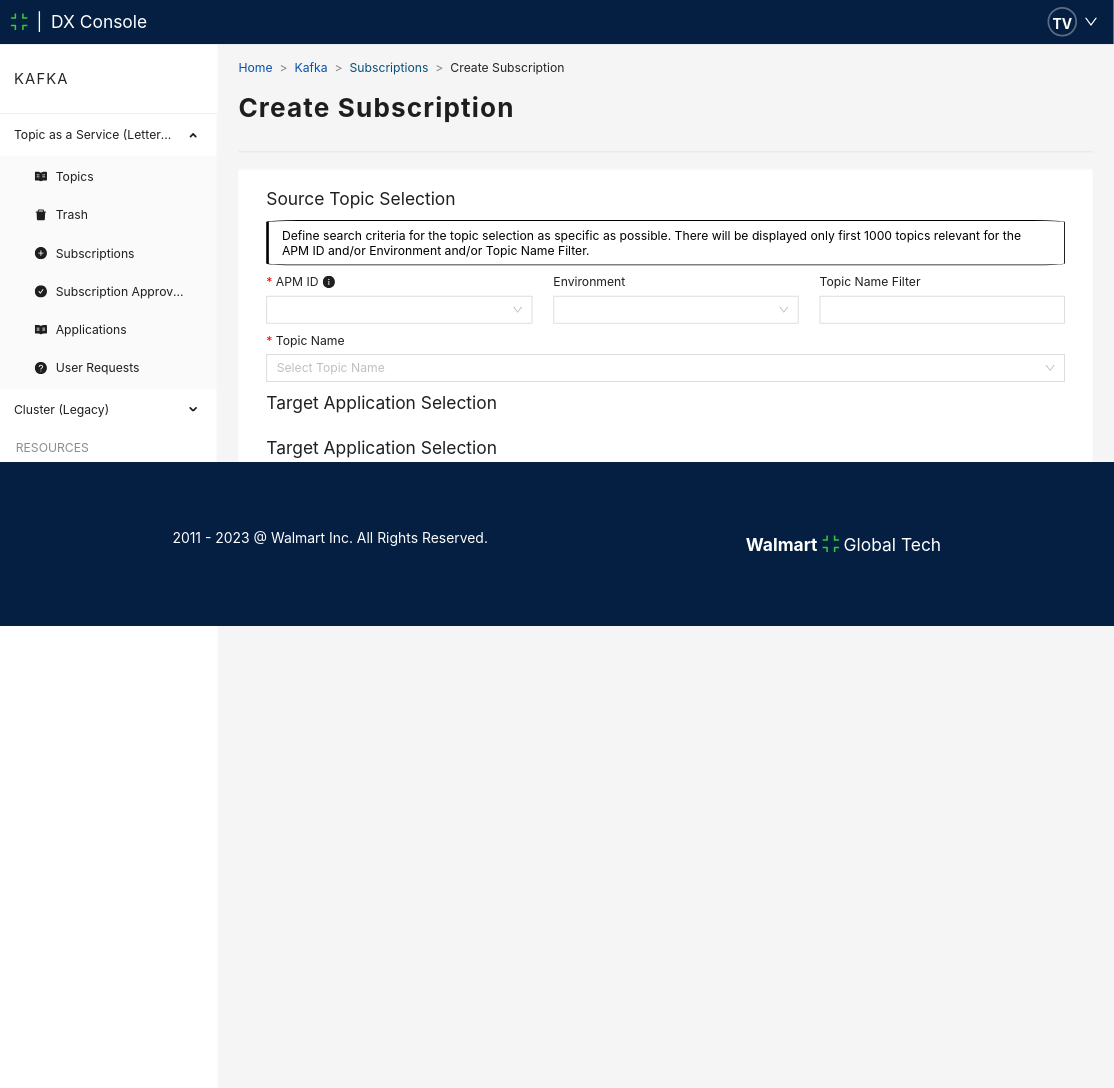
Repository: Qianying-Chai/kafka
Page: /kafka/subscriptions_active_tab=nonProxy/create-non-proxy
An editor plug-in stored every save of this project. The page is shown before and after the next save, followed by the edit.
The browser window is 1280 px wide. The pictures show the whole page, at 87% of full size.
The project was rebuilt for these pictures with package versions that can differ from the ones it lists, and the page was loaded fresh each time. Also part of the build but not shown: src/pages/Components/ComponentsTable.jsx, src/pages/Components/ComponentsInput.jsx, src/pages/Components/ComponentsPagination.jsx, src/pages/Taas/Topics/Topics.jsx, src/pages/Taas/Topics/CreateTopics/Form/DetailsForm.jsx, src/pages/Taas/Topics/CreateTopics/CreateTopic.jsx, src/pages/Taas/Trash/Style/Trash.css, src/pages/Taas/Trash/Trash.jsx and 15 more.

Above is the page before, as saved 2024-01-15 21:50:12.

### src/redux/store.jsx
import { configureStore } from "@reduxjs/toolkit";
import reducer from "./reducer";
const store = configureStore({ reducer: reducer });
export default store;

### src/pages/common/Header.jsx
import React from "react";
import "./Style/Header.css";
import { CompressOutlined, UpOutlined, DownOutlined } from "@ant-design/icons";
import { Layout } from "antd";
import { useState } from "react";
const Header = () => {
  const [login, setLogin] = useState(true);

  return (
    <Layout>
      <Layout.Header className="header">
        <div className="header-content-left">
          <CompressOutlined className="header-left-icon" />
          <span className="header-left-divider">|</span>
          <span className="header-left-dx-console">DX Console </span>
        </div>
        <div className="header-content-right">
          <div className="user">
            <div className="user-icon">TV</div>
            {login ? (
              <DownOutlined
                className="login-button"
                onClick={() => {
                  setLogin((state) => !state);
                }}
              />
            ) : (
              <UpOutlined
                className="logout-button"
                onClick={() => {
                  setLogin((state) => !state);
                }}
              />
            )}
          </div>
          <div
            className="logout-pop-up"
            style={{
              display: login ? "none" : "block",
            }}
          >
            LOGOUT
          </div>
        </div>
      </Layout.Header>
    </Layout>
  );
};
export default Header;

### src/pages/common/categoryConstants.jsx
const categoryConstants = {
  TOPICS: "Topics",
  TRASH: "Trash",
  SUBSCRIPTIONS: "Subscriptions",
  SUBSCRIPTIONS_APPROVALS: "Subscription Approvals",
  APPLICATIONS: "Applications",
  USER_REQUESTS: "User Requests",
  CLUSTERS: "Clusters",
  MIGRATED_CLUSTERS: "Migrated Clusters",
  SUBSCRIPTION: "Subscription",
  USERE_REQUESTS_LEGACY: "User Requests (Legacy)",
  SUPPORT: "Support",
  CREATE_TOPIC: "Create Topic",
  CREATE_SUBSCRIPTION: "Create Subscription",
};

export default categoryConstants;

### src/pages/Taas/Subscriptions/SubscriptionsNonProxy/CreateSubscriptions/CreateSubscriptionsNonProxy.jsx
import React from "react";
import ComponentsBreadcrumb from "../../../../Components/ComponentsBreadcrumb";
import ComponentsContent from "../../../../Components/ComponentsContent";
import ComponentsDivider from "../../../../Components/ComponentsDivider";
import ComponentsTitle from "../../../../Components/ComponentsTitle";
import categoryConstants from "../../../../common/categoryConstants";
import SourceTopicForm from "./Form/SourceTopicForm";
import TargetApplicationSelectionForm from "./Form/TargetApplicationSelectionForm";
import "../../Style/CreateSubscriptionNonproxy.css";
import { Typography, Button, ConfigProvider } from "antd";
const { Title } = Typography;

const CreateSubscriptionsNonProxy = () => {
  return (
    <ConfigProvider
      theme={{
        token: {
          borderRadius: 0,
        },
      }}
    >
      <div>
        <ComponentsBreadcrumb
          items={[
            {
              title: "Home",
            },
            {
              title: "Kafka",
            },
            {
              title: categoryConstants.SUBSCRIPTIONS,
              href: `/kafka/${categoryConstants.SUBSCRIPTIONS.toLowerCase()}_active_tab=nonProxy`,
            },
            {
              title: categoryConstants.CREATE_SUBSCRIPTION,
            },
          ]}
        />
        <div className="content-banner">
          <ComponentsTitle title={categoryConstants.CREATE_SUBSCRIPTION} />
        </div>
      </div>
      <ComponentsContent>
        <SourceTopicForm />
        <Title level={4} style={{ fontWeight: "normal" }}>
          Target Application Selection
        </Title>
        <TargetApplicationSelectionForm />
        <ComponentsDivider />
        <div className="buttons-wrapper">
          <Button shape="round" size={"medium"} className="cancel-button">
            CANCEL
          </Button>
          <Button
            shape="round"
            size={"medium"}
            disabled
            className="submit-button"
          >
            SUBMIT
          </Button>
        </div>
      </ComponentsContent>
    </ConfigProvider>
  );
};
export default CreateSubscriptionsNonProxy;

### src/pages/common/Footer.jsx
import React from "react";
import { Layout } from "antd";
import { CompressOutlined } from "@ant-design/icons";
import "./Style/Footer.css";

const Footer = () => {
  return (
    <Layout.Footer className="footer">
      <div className="footer-text-left">
        2011 - 2023 @ Walmart Inc. All Rights Reserved.
      </div>
      <div className="footer-text-right">
        <span className="footer-text-right-walmart">Walmart</span>
        <CompressOutlined className="footer-icon" />
        <span className="footer-text-right-global-tech">Global Tech</span>
      </div>
    </Layout.Footer>
  );
};

export default Footer;

### src/redux/reducer.jsx
import { SET_PATH_NAME, SET_SELECTED_TAAS_SUBSCRIPTIONS } from "./constants";
const initialState = {
  pathName: "",
  selectedTaasSubscriptions: "nonProxy",
};
const reducer = (state = initialState, action) => {
  const { type, payload } = action;
  switch (type) {
    case SET_PATH_NAME:
      return { ...state, pathName: payload };
    case SET_SELECTED_TAAS_SUBSCRIPTIONS:
      return { ...state, selectedTaasSubscriptions: payload };
    default:
      return state;
  }
};

export default reducer;

### src/pages/common/Style/Header.css
.header {
  justify-content: space-between;
  padding: 0 12px;
  background-color: rgb(4, 31, 65);
  height: 51px;
  line-height: 51px;
  color: #ffffff;
}

.header,
.user {
  display: flex;
}

.header-content-left {
  font-size: 20px;
}

.header-left-icon {
  color: #32cd32;
}

.header-left-divider {
  margin: 0 10px;
}

.header-content-right {
  font-weight: bolder;
  flex-direction: column;
  font-size: 1rem;
  width: 76px;
  padding-left: 12px;
}

.user {
  margin: 8px 0px;
}
.user-icon {
  height: 34px;
  line-height: 34px;
  width: 34px;
  border-radius: 50%;
  text-align: center;
}
.user-icon,
.logout-pop-up {
  border: 2px solid rgba(225, 225, 225, 0.4);
}

.login-button,
.logout-button {
  padding-left: 8px;
}

.logout-pop-up {
  transition: all 10s ease-out;
  width: 100px;
  height: 60px;
  line-height: 60px;
  position: absolute;
  right: 0px;
  z-index: 999;
  font-size: 15px;
  letter-spacing: 1pt;
  text-align: center;
  justify-content: center;
  color: rgb(94, 91, 91);
  box-shadow: 0px 0px 4px 4px rgba(176, 174, 174, 0.4);
}

### src/pages/common/Style/Sider.css
.sider {
  min-height: 1200px;
}

.slider-top {
  height: 80px;
  border-bottom: 1px solid rgb(239, 239, 239);
}
.slider-top-content {
  height: 100%;
  display: flex;
  align-items: center;
  margin-left: 16px;
  letter-spacing: 1pt;
  font-size: 17px;
  color: #000000d9;
}

### src/pages/Components/ComponentsContent.jsx
import React from "react";
import "../common/Style/Content.css";
import { Layout, theme } from "antd";

const ComponentsContent = (props) => {
  const {
    token: { colorBgContainer },
  } = theme.useToken();

  return (
    <div>
      <Layout.Content
        style={{
          padding: "20px 32px 32px",
          minHeight: 280,
          background: colorBgContainer,
        }}
        {...props}
      ></Layout.Content>
    </div>
  );
};
export default ComponentsContent;

### src/pages/Components/ComponentsBreadcrumb.jsx
import React from "react";
import { Breadcrumb, ConfigProvider } from "antd";

const ComponentsBreadcrumb = (props) => {
  return (
    <ConfigProvider
      theme={{
        components: {
          Breadcrumb: {
            lastItemColor: "#000000D9",
            linkColor: "#075179",
            itemColor: "#0751A9",
            linkHoverColor: "#F5F5F5",
          },
          token: {
            colorBgTextHover: "#F5F5F5",
          },
        },
      }}
    >
      <div>
        <Breadcrumb
          style={{
            margin: "16px 0",
          }}
          separator=">"
          items={props.items}
        ></Breadcrumb>
      </div>
    </ConfigProvider>
  );
};
export default ComponentsBreadcrumb;

### src/pages/Components/ComponentsTitle.jsx
import React from "react";
import { Typography, ConfigProvider } from "antd";
const { Title } = Typography;

const ComponentsTitle = (props) => {
  return (
    <>
      <ConfigProvider
        theme={{
          components: {
            token: {
              colorText: "#041E42",
            },
          },
        }}
      >
        <Title level={2} style={{ fontWeight: "bold" }}>
          {props.title}
        </Title>
      </ConfigProvider>
    </>
  );
};

export default ComponentsTitle;

### src/pages/Components/ComponentsDivider.jsx
import React from "react";
import { Divider, ConfigProvider } from "antd";
const ComponentsDivider = () => (
  <ConfigProvider
    theme={{
      token: {
        colorSplit: "rgba(0, 0, 0, 0.85)",
        marginLG: 16,
      },
    }}
  >
    {" "}
    <Divider />
  </ConfigProvider>
);
export default ComponentsDivider;

### src/pages/Taas/Topics/Style/CreateTopic.css
.buttons-wrapper {
  display: flex;
  justify-content: flex-end;
}

.cancel-button,
.submit-button {
  letter-spacing: 1pt;
  padding: 4px 15px;
  width: 135px;
}
.cancel-button {
  margin-right: 10px;
}

### src/pages/Taas/Subscriptions/SubscriptionsNonProxy/CreateSubscriptions/Form/SourceTopicForm.jsx
import React, { useMemo, useState, useRef } from "react";
import SelectTitle from "../../../../../Components/SelectTitle";
import debounce from "lodash/debounce";
import { Col, Row, Select, Spin, Typography } from "antd";
const { Title } = Typography;
const SourceTopicForm = () => {
  function DebounceSelect({ fetchOptions, debounceTimeout = 800, ...props }) {
    const [fetching, setFetching] = useState(false);
    const [options, setOptions] = useState([]);
    const fetchRef = useRef(0);
    const debounceFetcher = useMemo(() => {
      const loadOptions = (value) => {
        fetchRef.current += 1;
        const fetchId = fetchRef.current;
        setOptions([]);
        setFetching(true);
        fetchOptions(value).then((newOptions) => {
          if (fetchId !== fetchRef.current) {
            // for fetch callback order
            return;
          }
          setOptions(newOptions);
          setFetching(false);
        });
      };
      return debounce(loadOptions, debounceTimeout);
    }, [fetchOptions, debounceTimeout]);
    return (
      <Select
        labelInValue
        filterOption={false}
        onSearch={debounceFetcher}
        notFoundContent={fetching ? <Spin size="small" /> : null}
        {...props}
        options={options}
      />
    );
  }

  const [value, setValue] = useState([]);

  async function fetchUserList(username) {
    console.log("fetching user", username);
    return fetch("https://randomuser.me/api/?results=5")
      .then((response) => response.json())
      .then((body) =>
        body.results.map((user) => ({
          label: `${user.name.first} ${user.name.last}`,
          value: user.login.username,
        }))
      );
  }
  const handleChange = (value) => {
    console.log(`selected ${value}`);
  };

  return (
    <>
      <Title level={4} style={{ fontWeight: "normal" }}>
        Source Topic Selection
      </Title>

      <div className="bordered-content">
        Define search criteria for the topic selection as specific as possible.
        There will be displayed only first 1000 topics relevant for the APM ID
        and/or Environment and/or Topic Name Filter.
      </div>
      <Row style={{ display: "flex", flexFlow: "nowrap" }}>
        <Col
          span={8}
          style={{
            marginRight: "12px",
          }}
        >
          <SelectTitle title={"APM ID"} />
          <DebounceSelect
            className="select"
            mode="multiple"
            value={value}
            fetchOptions={fetchUserList}
            onChange={(newValue) => {
              setValue(newValue);
            }}
            style={{
              width: "100%",
              margin: "0 0 10px",
            }}
          />
        </Col>
        <Col
          span={8}
          style={{
            padding: "0 12px",
          }}
        >
          <div className="Select-title-wrapper">Environment</div>
          <DebounceSelect
            className="select"
            mode="multiple"
            value={value}
            fetchOptions={fetchUserList}
            onChange={(newValue) => {
              setValue(newValue);
            }}
          />
        </Col>
        <Col
          span={8}
          style={{
            padding: "0 12px",
          }}
        >
          <div className="Select-title-wrapper">Topic Name Filter</div>
          <Select
            mode="tags"
            className="select"
            onChange={handleChange}
            showSearch={false}
            suffixIcon=""
          />
        </Col>
      </Row>
      <Row>
        <Col
          span={24}
          style={{
            marginRight: "12px",
          }}
        >
          <div className="Select-title-wrapper">
            <span className="prefix">*</span>Topic Name
          </div>
          <DebounceSelect
            mode="multiple"
            value={value}
            placeholder="Select Topic Name"
            fetchOptions={fetchUserList}
            onChange={(newValue) => {
              setValue(newValue);
            }}
            className="select"
          />
        </Col>
      </Row>
    </>
  );
};

export default SourceTopicForm;

### src/pages/Taas/Subscriptions/SubscriptionsNonProxy/CreateSubscriptions/Form/TargetApplicationSelectionForm.jsx
import React, { useMemo, useState, useRef } from "react";
import debounce from "lodash/debounce";
import { Col, Row, Select, Spin, Typography } from "antd";
import SelectTitle from "../../../../../Components/SelectTitle";
const { Title } = Typography;
const TargetApplicationSelectionForm = () => {
  function DebounceSelect({ fetchOptions, debounceTimeout = 800, ...props }) {
    const [fetching, setFetching] = useState(false);
    const [options, setOptions] = useState([]);
    const fetchRef = useRef(0);

    const debounceFetcher = useMemo(() => {
      const loadOptions = (value) => {
        fetchRef.current += 1;
        const fetchId = fetchRef.current;
        setOptions([]);
        setFetching(true);
        fetchOptions(value).then((newOptions) => {
          if (fetchId !== fetchRef.current) {
            return;
          }
          setOptions(newOptions);
          setFetching(false);
        });
      };
      return debounce(loadOptions, debounceTimeout);
    }, [fetchOptions, debounceTimeout]);
    return (
      <Select
        labelInValue
        filterOption={false}
        onSearch={debounceFetcher}
        notFoundContent={fetching ? <Spin size="small" /> : null}
        {...props}
        options={options}
      />
    );
  }

  const [value, setValue] = useState([]);

  async function fetchUserList(username) {
    console.log("fetching user", username);
    return fetch("https://randomuser.me/api/?results=5")
      .then((response) => response.json())
      .then((body) =>
        body.results.map((user) => ({
          label: `${user.name.first} ${user.name.last}`,
          value: user.login.username,
        }))
      );
  }
  const handleChange = (value) => {
    console.log(`selected ${value}`);
  };

  return (
    <>
      <Title level={4} style={{ fontWeight: "normal" }}>
        Target Application Selection
      </Title>
      <Row style={{ display: "flex", flexFlow: "nowrap" }}>
        <Col
          span={12}
          style={{
            marginRight: "12px",
          }}
        >
          <SelectTitle title={"APM ID"} />
          <DebounceSelect
            mode="multiple"
            value={value}
            fetchOptions={fetchUserList}
            onChange={(newValue) => {
              setValue(newValue);
            }}
            className="select"
          />
        </Col>
        <Col
          span={12}
          style={{
            padding: "0 12px",
          }}
        >
          <SelectTitle title={"Application Name / App Key"} />
          <Select
            mode="tags"
            className="select"
            placeholder="Select Application Name or create a new one by App Key"
            onChange={handleChange}
            showSearch={false}
            suffixIcon=""
          />
        </Col>
      </Row>
    </>
  );
};

export default TargetApplicationSelectionForm;

### src/pages/Taas/Subscriptions/Style/CreateSubscriptionNonproxy.css
.content-title {
  margin-bottom: 10px;
  font-size: 16px;
}

.bordered-content {
  border: 1px solid black;
  border-left: 3px solid black;
  padding: 8px 15px;
  margin: 10px 0px;
  border-radius: 4%;
  color: #000000;
}

### src/pages/common/Style/Footer.css
.footer {
  text-emphasis-style: center;
  background-color: #041f41;
  color: white;
  display: flex;
  justify-content: space-around;
  height: 189px;
  align-items: center;
  width: 100%;
  position: fixed;
  bottom: 0;
}

.footer-icon {
  font-size: 20px;
  color: #32cd32;
}

.footer-text-left {
  font-size: 16px;
  margin-bottom: 16px;
}

.footer-text-right {
  font-size: 20px;
}

.footer-text-right-walmart {
  font-weight: bold;
  padding-right: 5px;
}

.footer-text-right-global-tech {
  padding-left: 5px;
}

### src/redux/constants.jsx
const SET_PATH_NAME = "SET_PATH_NAME";
const SET_SELECTED_TAAS_SUBSCRIPTIONS = "SET_SELECTED_TAAS_SUBSCRIPTIONS";
export { SET_PATH_NAME };
export { SET_SELECTED_TAAS_SUBSCRIPTIONS };

### src/pages/common/Style/Content.css
.content-banner {
  height: 70px;
  display: flex;
  justify-content: space-between;
  background-color: #f5f5f5;
  color: #041e42;
  letter-spacing: 1pt;
  border-bottom: 1px solid rgba(167, 164, 164, 0.3);
  margin-bottom: 20px;
  padding-bottom: 15px;
}

.content-banner-button {
  background-color: #041f41;
  color: #ffffff;
  letter-spacing: 1pt;
}

.content-text {
  margin: 24px 0 20px;
}

### src/pages/Components/SelectTitle.jsx
import React from "react";
import "./Style/SelectTitle.css";
import { InfoCircleFilled } from "@ant-design/icons";
const SelectTitle = (props) => {
  return (
    <div className="Select-title-wrapper">
      <span className="prefix">*</span>
      <span className="Select-title">{props.title}</span>
      <InfoCircleFilled />
    </div>
  );
};

export default SelectTitle;

### src/pages/Taas/Topics/Style/DetailsForm.css
.select {
  margin: 0 0 10px;
  width: 100%;
}

### src/pages/Components/Style/SelectTitle.css
.prefix {
  color: red;
  margin-right: 4px;
}

.Select-title-wrapper {
  padding-bottom: 8px;
}

.Select-title {
  margin-right: 5px;
  color: rgba(0, 0, 0, 0.85);
}

Loaded but not shown: public/index.html (common file); src/style/index.css (common file); src/App.js (104 lines, source omitted); src/index.js (16 lines, source omitted); src/pages/common/Sider.jsx (186 lines, source omitted)

After the next save:
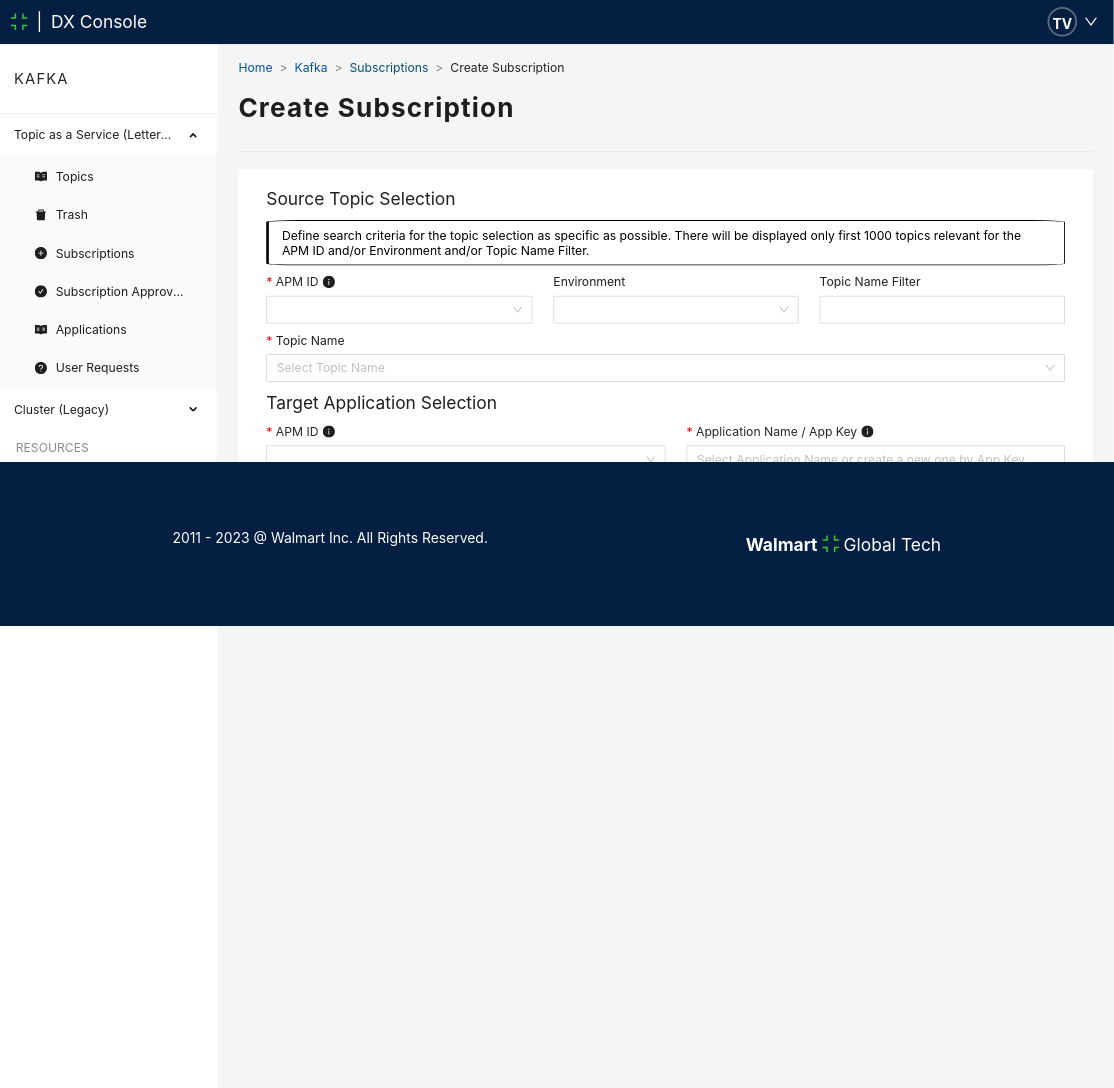
Saved 12 s later.
--- a/src/pages/Taas/Subscriptions/SubscriptionsNonProxy/CreateSubscriptions/CreateSubscriptionsNonProxy.jsx
+++ b/src/pages/Taas/Subscriptions/SubscriptionsNonProxy/CreateSubscriptions/CreateSubscriptionsNonProxy.jsx
@@ -43,9 +43,6 @@
       </div>
       <ComponentsContent>
         <SourceTopicForm />
-        <Title level={4} style={{ fontWeight: "normal" }}>
-          Target Application Selection
-        </Title>
         <TargetApplicationSelectionForm />
         <ComponentsDivider />
         <div className="buttons-wrapper">
